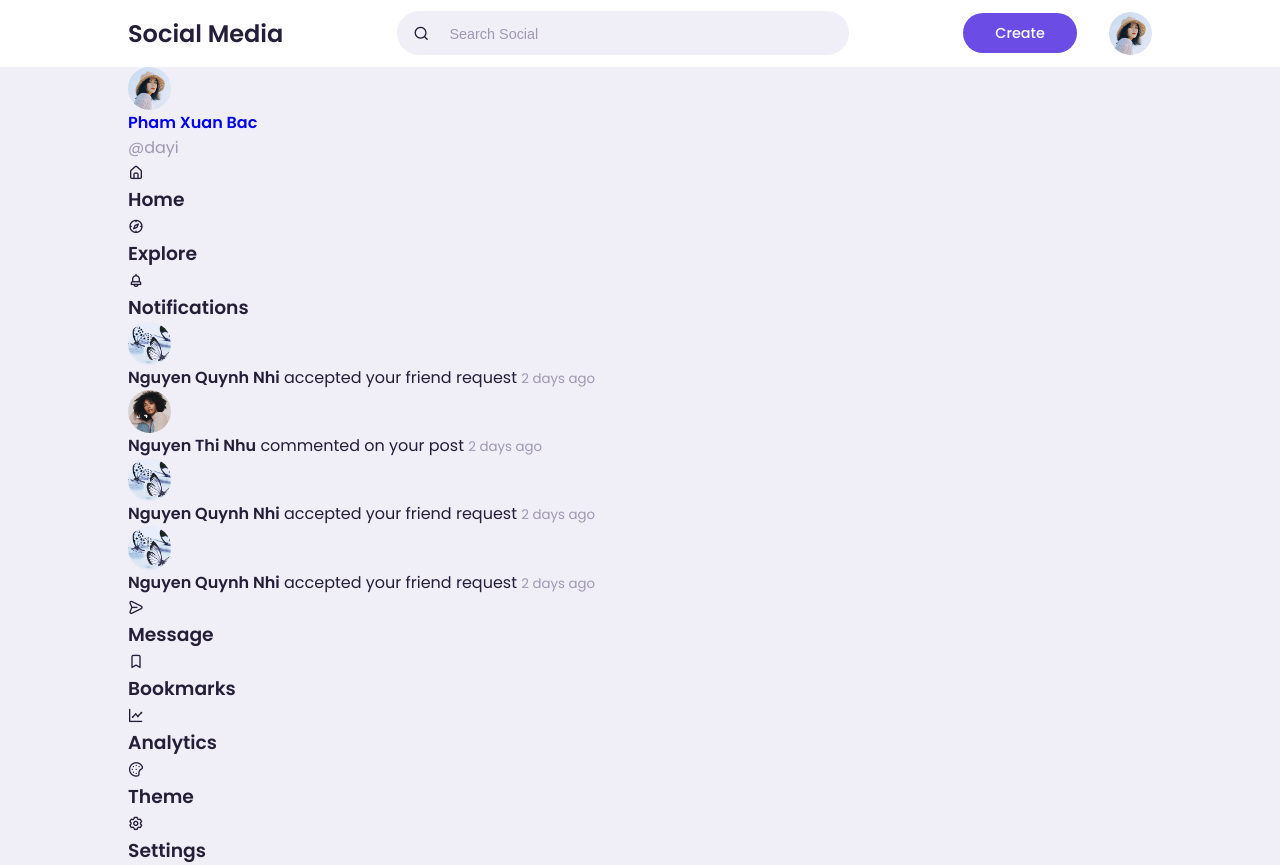
Repository: northpx/socialMedia
Page: index.html
An editor plug-in stored every save of this project. The page is shown before and after the next save, followed by the edit.
The browser window is 1280 px wide. The pictures show the whole page.

Above is the page before, as saved 2023-03-07 17:08:25.

After the next save:
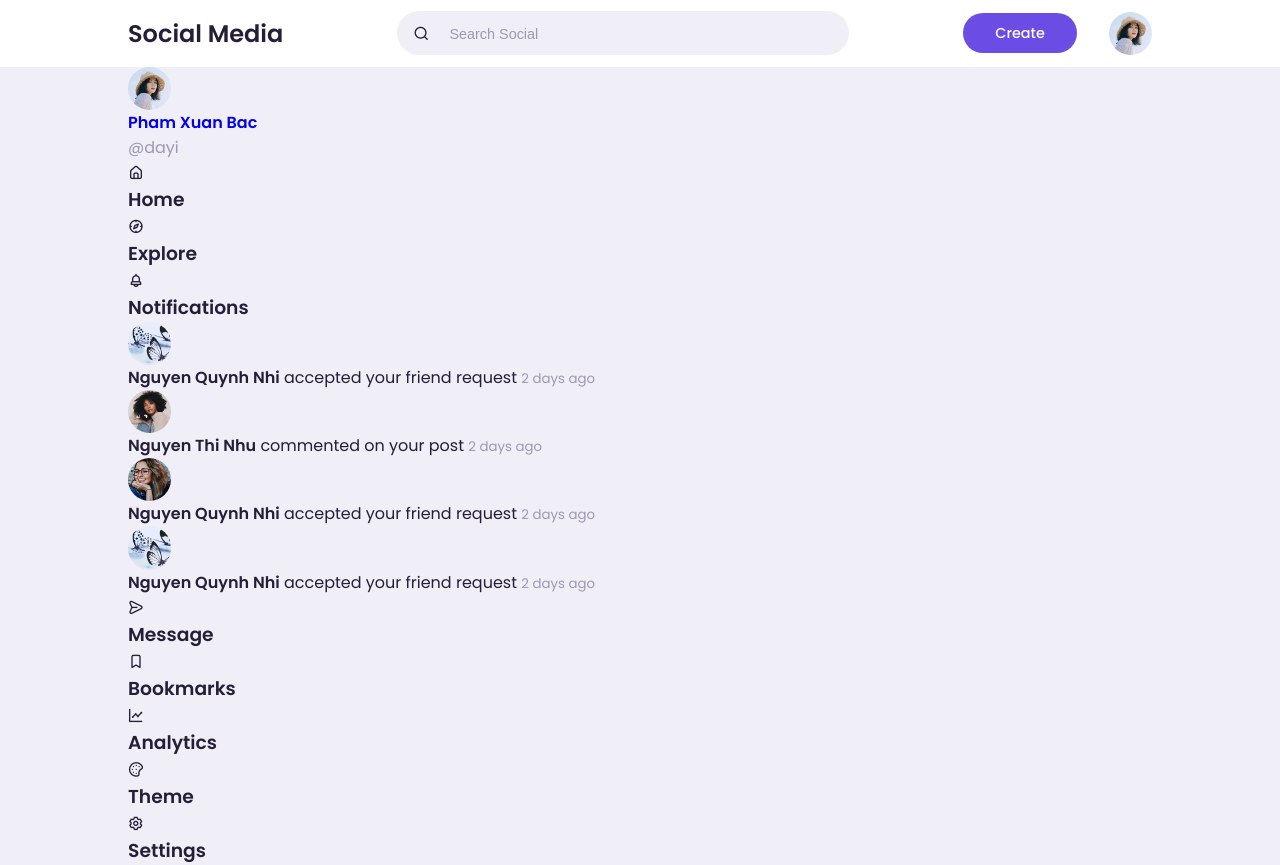
Saved 9 s later.
--- a/index.html
+++ b/index.html
@@ -74,7 +74,7 @@
                             </div>
                             <div>
                                 <div class="profile-picture">
-                                    <img src="./images/profile-2.jpg" alt="">
+                                    <img src="./images/profile-4.jpg" alt="">
                                 </div>
                                 <div class="notification-body">
                                     <b>Nguyen Quynh Nhi</b> accepted your friend request
